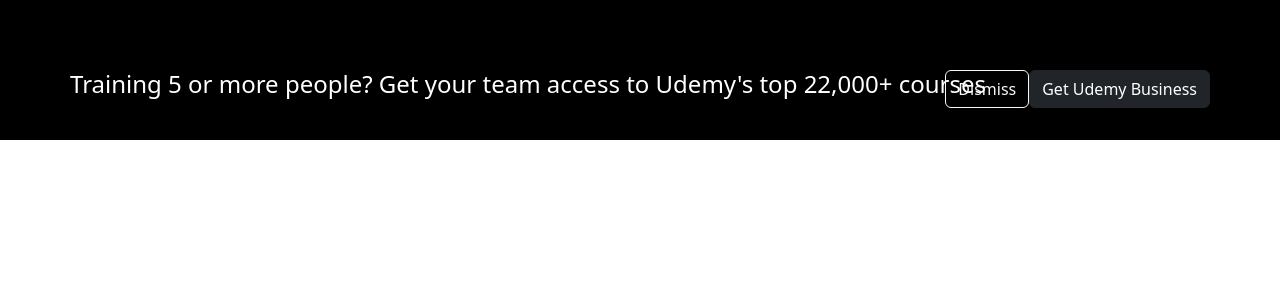
Repository: Taniafdes/newProject
Page: /division/division
The author's editor kept a copy of each file at every save. The page is drawn from the files as they stood at one save, then again after the next save.
The browser window is 1280 px wide. The pictures show the whole page.
The project was rebuilt for these pictures with package versions that can differ from the ones it lists, and the page was loaded fresh each time. The framework's server and built-in components were replaced by stand-ins that run in the browser. Also part of the build but not shown: next.config.js.

Above is the page before, as saved 2023-06-15 16:25:18.

### pages/_app.js
import Head from "next/head";
import Script from "next/script";
import 'bootstrap/dist/css/bootstrap.css'
import 'bootstrap/dist/css/bootstrap.min.css'
function MyApp({ Component, pageProps }) {
  return (
    <>
      <Head>
        <meta name="viewport" content="width=device-width, initial-scale=1" />
      </Head>

      <Script
        src="https://cdn.jsdelivr.net/npm/bootstrap@5.0.0-beta1/dist/js/bootstrap.bundle.min.js"
        integrity="sha384-ygbV9kiqUc6oa4msXn9868pTtWMgiQaeYH7/t7LECLbyPA2x65Kgf80OJFdroafW"
        crossOrigin="anonymous"
      />
      <Component {...pageProps} />
    </>
  );
}
export default MyApp;

### pages/division/division.js
import React from 'react'
import { Container } from 'react-bootstrap';
import Button from 'react-bootstrap/Button';

const division = () => {
  return (
    <div>
    <div style={{backgroundColor: 'black', padding: '70px'}}>
    <h4 style={{width: '150px', whiteSpace: 'nowrap', float: 'left', color: 'white'}}>Training 5 or more people? Get your team access to Udemy's top 22,000+ courses</h4>
    <Button className='mr-3' variant="dark mr-5" style={{float: "right"}}>Get Udemy Business</Button>
    <Button className='mr-3' variant="outline-light" style={{float: "right"}}>Dismiss</Button>
    </div>
    </div>

  )
}

export default division

After the next save:
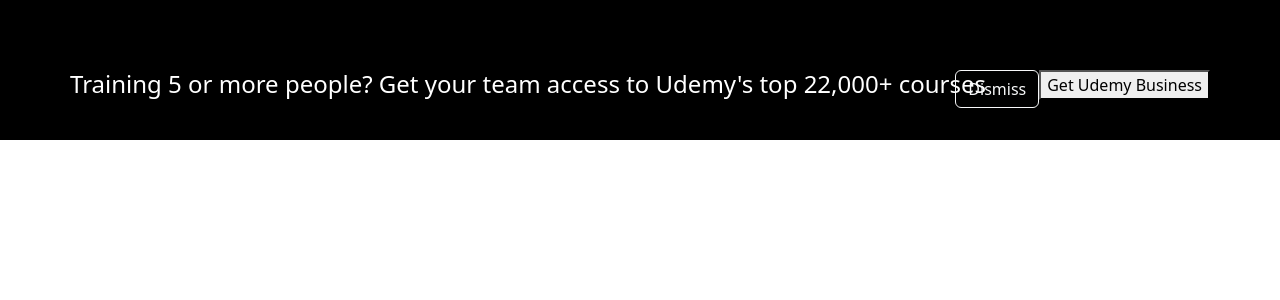
Saved 15 s later.
--- a/pages/division/division.js
+++ b/pages/division/division.js
@@ -7,7 +7,7 @@
     <div>
     <div style={{backgroundColor: 'black', padding: '70px'}}>
     <h4 style={{width: '150px', whiteSpace: 'nowrap', float: 'left', color: 'white'}}>Training 5 or more people? Get your team access to Udemy's top 22,000+ courses</h4>
-    <Button className='mr-3' variant="dark mr-5" style={{float: "right"}}>Get Udemy Business</Button>
+    <button className='mr-3' variant="dark mr-5" style={{float: "right"}}>Get Udemy Business</button>
     <Button className='mr-3' variant="outline-light" style={{float: "right"}}>Dismiss</Button>
     </div>
     </div>
